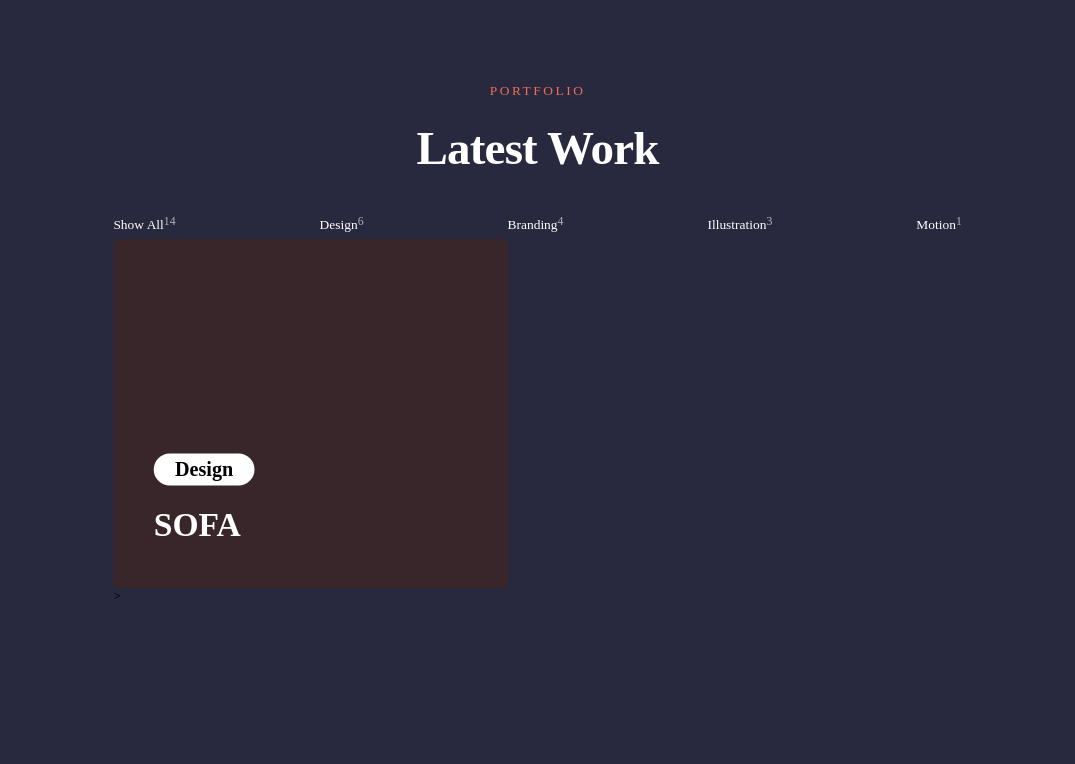
Repository: kubrazamanova/Position-3
Page: index.html
An editor plug-in stored every save of this project. The page is shown before and after the next save, followed by the edit.
The browser window is 1280 px wide. The pictures show the whole page, at 84% of full size.

Above is the page before, as saved 2023-10-21 11:09:30.

After the next save:
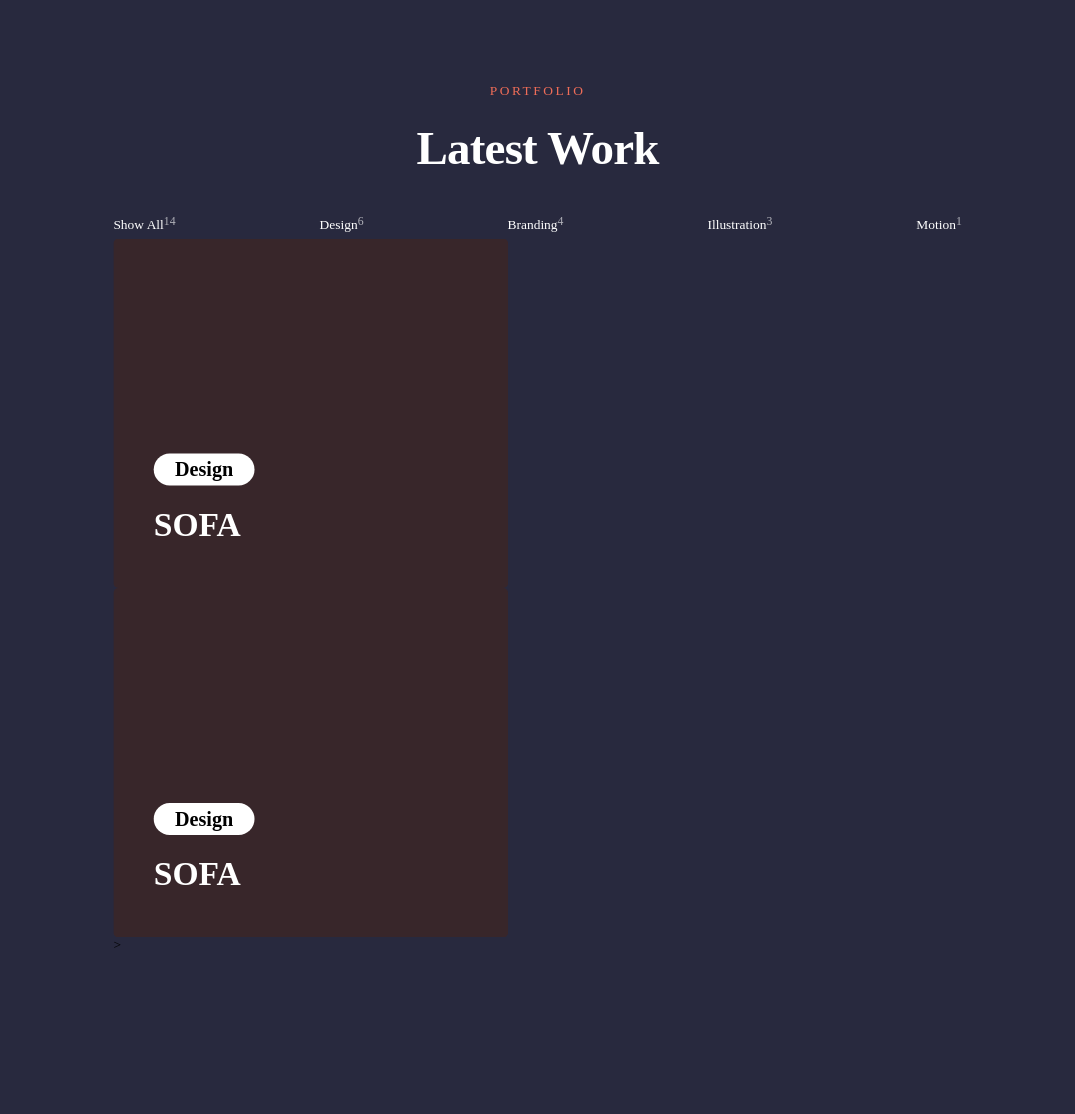
Saved 6 s later.
--- a/index.html
+++ b/index.html
@@ -50,6 +50,13 @@
       <b>SOFA</b>
     </div>
 
+    <div class="box">
+      <img src="./image/01.svg" alt="" />
+      <h2 class="design">Design</h2>
+      <b>SOFA</b>
+    </div>
+
+
   </div>
   <div class="box-2-container">
 
